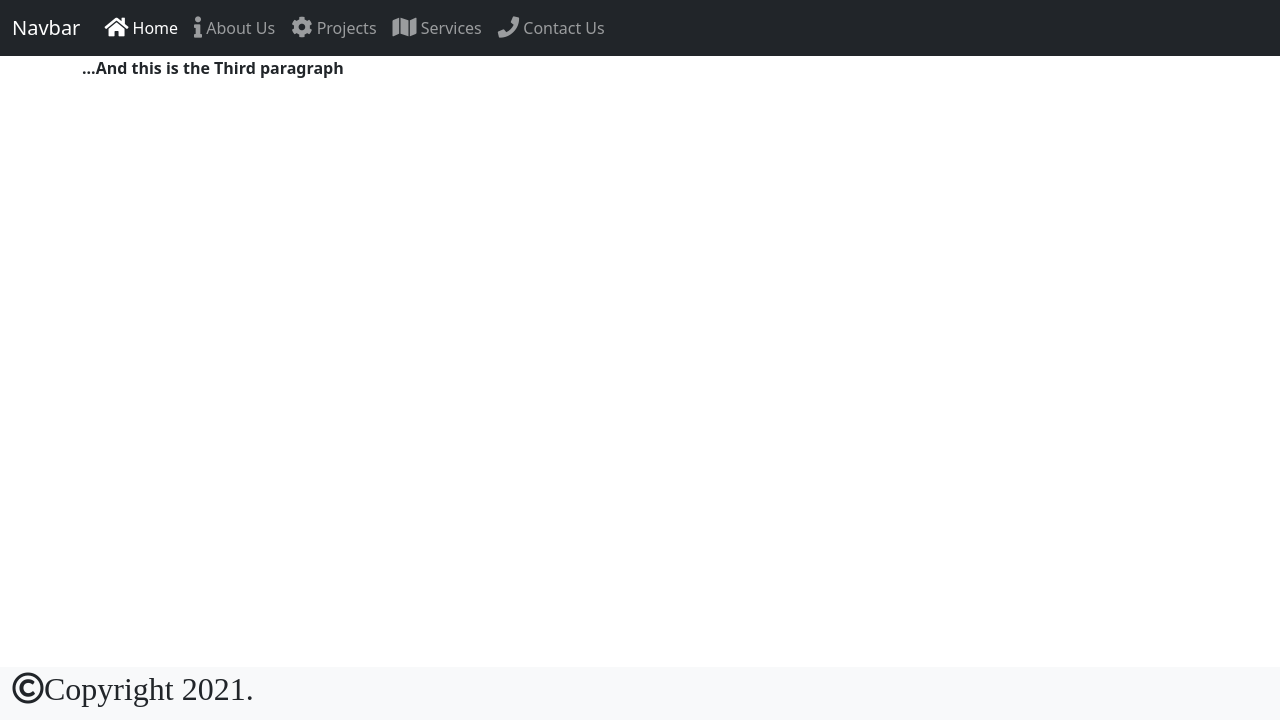
Repository: vans12345678/WEBD6201-W2021-Week3
Page: index.html
An editor plug-in stored every save of this project. The page is shown before and after the next save, followed by the edit.
The browser window is 1280 px wide. The pictures show the whole page.

Above is the page before, as saved 2021-01-20 21:31:54.

### index.html
<!DOCTYPE html>
<html lang="en">
<head>
    <meta charset="UTF-8">
    <meta name="viewport" content="width=device-width, initial-scale=1.0">
    <title>WEBD 6201 - W2021-ICE 1</title>

    <!-- CSS Section -->
    <link rel="stylesheet" href="./node_modules/bootstrap/dist/css/bootstrap.min.css">
    <link rel="stylesheet" href="./node_modules/@fortawesome/fontawesome-free/css/all.min.css">
    <link rel="stylesheet" href="./Content/app.css">

</head>

<body>
    <header>
        <nav class="navbar navbar-expand-lg navbar-dark bg-dark">
            <div class="container-fluid">
              <a class="navbar-brand" href="#">Navbar</a>
              <button class="navbar-toggler" type="button" data-bs-toggle="collapse" data-bs-target="#navbarSupportedContent" aria-controls="navbarSupportedContent" aria-expanded="false" aria-label="Toggle navigation">
                <span class="navbar-toggler-icon"></span>
              </button>
              <div class="collapse navbar-collapse" id="navbarSupportedContent">
                <ul class="navbar-nav me-auto mb-2 mb-lg-0">
                  <li class="nav-item">
                    <a class="nav-link active" aria-current="page" href="#"><i class="fas fa-home fa-lg"></i> Home</a>
                  </li>

                  <li class="nav-item">
                    <a class="nav-link" aria-current="page" href="#"><i class="fas fa-info fa-lg"></i> About Us</a>
                  </li>

                  <li class="nav-item">
                    <a class="nav-link" aria-current="page" href="#"><i class="fas fa-cog fa-lg"></i> Projects</a>
                  </li>

                  <li class="nav-item">
                    <a class="nav-link" aria-current="page" href="#"><i class="fas fa-map fa-lg"></i> Services</a>
                  </li>

                  <li class="nav-item">
                    <a class="nav-link" aria-current="page" href="#"><i class="fas fa-phone fa-lg"></i> Contact Us</a>
                  </li>
                </ul>
              </div>
            </div>
          </nav>
    </header>

    <main class="container">
        <h1>Welcome to WEBD 6201</h1>
        <p id="paragraphOne"></p>
    </main>
    <footer>
        <nav class="navbar fixed-bottom navbar-light bg-light">
            <div class="container-fluid">
                <h4><i class="far fa-copyright fa-lg">Copyright 2021.</i></h4>
            </div>
          </nav>
    </footer>
    <!-- Script Section -->

    <script src="./node_modules/jquery/dist/jquery.min.js"></script>
    <script src="./node_modules/bootstrap/dist/js/bootstrap.bundle.min.js"></script>
    <script src="./Scripts/app.js"></script>
</body>
</html>

### Scripts/app.js
/* Custom JavaScript goes here */

//IIFE - Immediately Invoked Function Expression
//AKA - Anonymous Self-Executing Function
//Closure - limits scope leak

"use strict";

(function(){

    function Start()
    {
        console.log("App Started...");

        let paragraphOneText = "This is a simple site to demonstrate DOM Manipulation for ICE 1";
        let paragraphOneElement = document.getElementById("paragraphOne");

        paragraphOneElement.textContent = paragraphOneText;
        //paragraphOneElement.style = "color: blue; font-weight: bold;";
        paragraphOneElement.className = "fs-5 fw-bold text-center";

        //Step 1. document.createElement
        let newParagraph = document.createElement("p");
        //Step 2. Configure the element
        newParagraph.setAttribute("id", "paragraphTwo");
        newParagraph.textContent = "... And this is paragraph two";
        //Step 3. Select parent element
        let mainContent = document.getElementsByTagName("main")[0];
        //Step 4. Add / Insert the element
        mainContent.appendChild(newParagraph);

        newParagraph.className = "fs-6";

        let paragraphThree =  `<p class = "fs-7 fw-bold">...And this is the Third paragraph</p>`;
        mainContent.innerHTML = paragraphThree;
        console.log(paragraphOneElement);


    }

    window.addEventListener("load", Start);

})();

Loaded but not shown: node_modules/bootstrap/dist/css/bootstrap.min.css (library); node_modules/@fortawesome/fontawesome-free/css/all.min.css (library); Content/app.css (common file); node_modules/jquery/dist/jquery.min.js (library); node_modules/bootstrap/dist/js/bootstrap.bundle.min.js (library)

After the next save:
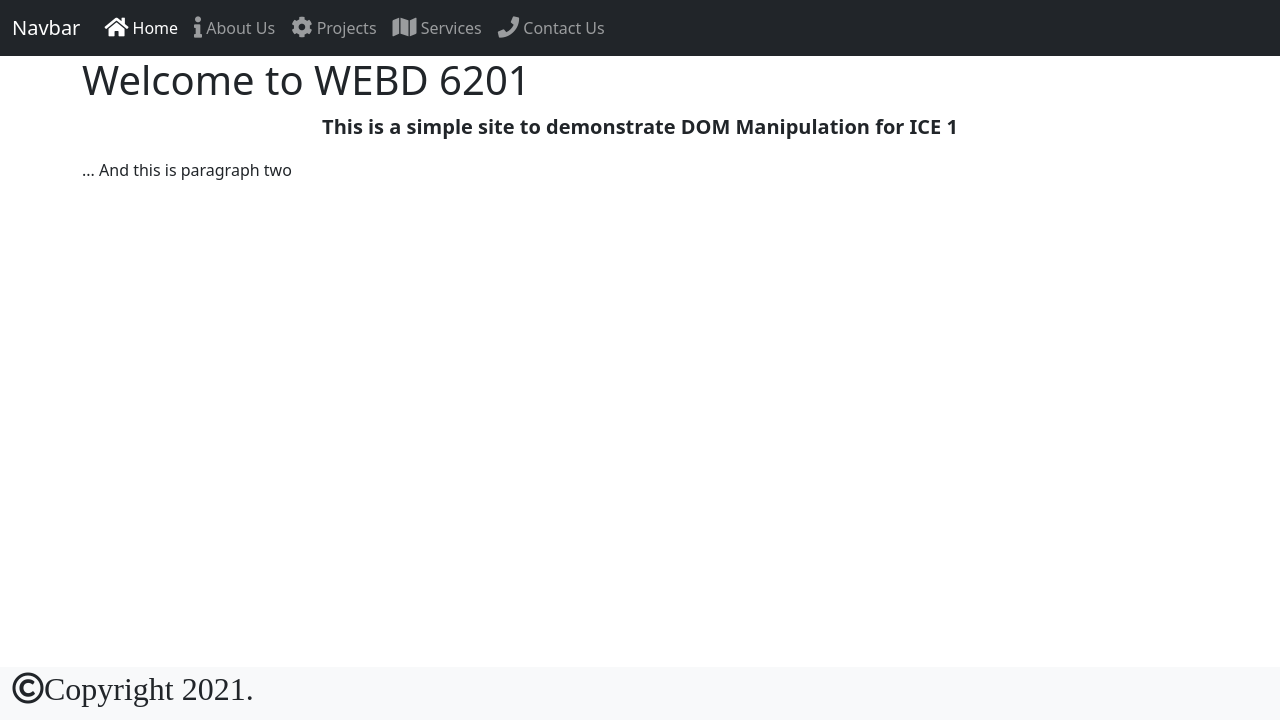
Saved 2 min 3 s later.
--- a/Scripts/app.js
+++ b/Scripts/app.js
@@ -31,9 +31,10 @@
 
         newParagraph.className = "fs-6";
 
-        let paragraphThree =  `<p class = "fs-7 fw-bold">...And this is the Third paragraph</p>`;
-        mainContent.innerHTML = paragraphThree;
-        console.log(paragraphOneElement);
+        //Another way of injecting content`
+        // let paragraphThree =  `<p class = "fs-7 fw-bold">...And this is the Third paragraph</p>`;
+        // mainContent.innerHTML = paragraphThree;
+        // console.log(paragraphOneElement);
 
 
     }
